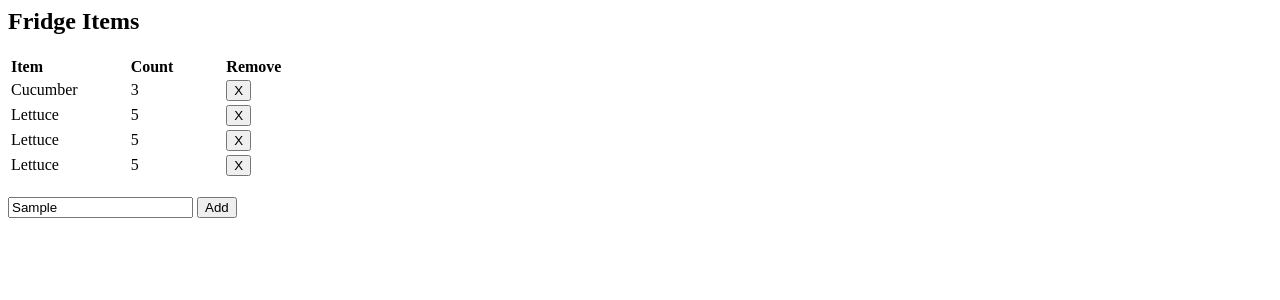
Repository: Shams97/coding_challenge
Page: problem3-solution-shams-naji.html
An editor plug-in stored every save of this project. The page is shown before and after the next save, followed by the edit.
The browser window is 1280 px wide. The pictures show the whole page.
Empty fields were first filled with sample values (such as "Sample", 5 or name@example.com).
After loading, the first visible `button` was clicked once.

Above is the page before, as saved 2021-10-27 21:28:55.
Console error: ReferenceError: rows is not defined

### problem3-solution-shams-naji.html

<html>
  <body>
    <h2>Fridge Items</h2>
    <table>
      <thead>
        <td>
          <b>Item</b>
        </td>
        <td>
          <b>Count</b>
        </td>
        <td>
          <b>Remove</b>
        </td>
      </thead>
      <tbody  id="table_body">
        <tr>
          <td>Cucumber</td>
          <td>3</td>
          <td><button onClick="remove()">X</button></td>
        </tr>
        <tr>
          <td>Lettuce</td>
          <td>5</td>
          <td><button onClick="remove()">X</button></td>
        </tr>

        <tr>
          <td>Lettuce</td>
          <td>5</td>
          <td><button onClick="remove()">X</button></td>
        </tr>

        <tr>
          <td>Lettuce</td>
          <td>5</td>
          <td><button onClick="remove()">X</button></td>
        </tr>
      </tbody>
    </table>
    <br />
    <input type="text" id="item_input" placeholder="add item">
    <button onclick="add()">Add</button>
  </body>
  <script>

function add(){
  let fridge={'tomato': 1, 'onion': 1}
let new_item = document.getElementById("item_input").value
// for(let i in fridge)
// {
  fridge.push(new_item)
  console.log("adding item",fridge)
// }
}

function remove() {
        let table_ = document.getElementById("table_body");
        for (let i in table_.rows) {
           let row = table_.rows[i]
            return rows[i].style.display= "none";
      //      for (let index in row.cells) {
      //      //iterate through cells
      //        let cell = row.cells[index];
      //    return console.log("cell", cell)
      // }
    }
    }
  </script>
  <style>
    td {
      padding-right: 50px;
    }
  </style>
</html>

After the next save:
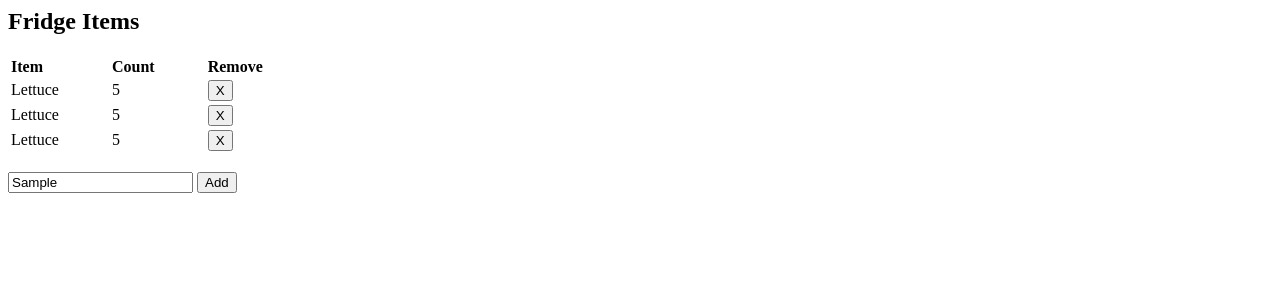
The error is gone.
Saved 31 s later.
--- a/problem3-solution-shams-naji.html
+++ b/problem3-solution-shams-naji.html
@@ -59,12 +59,12 @@ function remove() {
         let table_ = document.getElementById("table_body");
         for (let i in table_.rows) {
            let row = table_.rows[i]
-            return rows[i].style.display= "none";
-      //      for (let index in row.cells) {
-      //      //iterate through cells
-      //        let cell = row.cells[index];
-      //    return console.log("cell", cell)
-      // }
+            return row.style.display= "none";
+           for (let index in row.cells) {
+           //iterate through cells
+             let cell = row.cells[index];
+         return console.log("cell", cell)
+      }
     }
     }
   </script>
